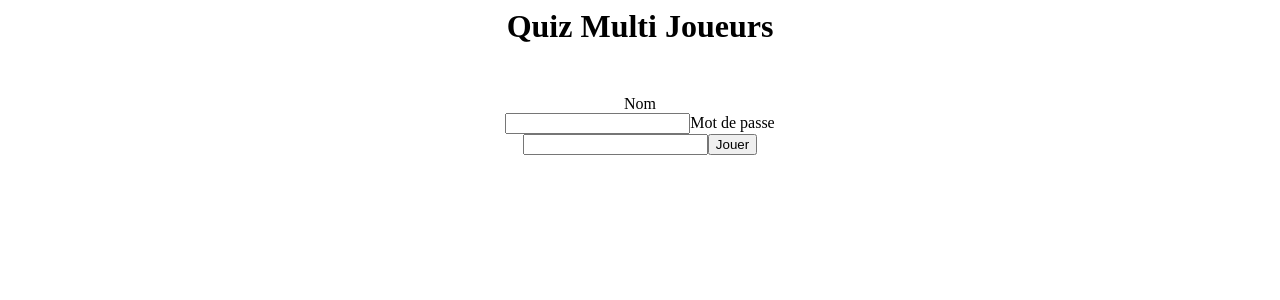
Repository: Serge-D/jeu_mj
Page: http://localhost/
An editor plug-in stored every save of this project. The page is shown before and after a run of saves, followed by the edit.
The browser window is 1280 px wide. The pictures show the whole page.
The page is served by the project's Node server (server.js).

Above is the page before, as saved 2020-02-06 13:59:30.

### views/home.pug
include includes/head.pug




form#formulaire(action='' method='get')
    label(for='name') Nom
    br
    input#nameJ1(type='text' name='name')
    label(for='mdp') Mot de passe
    br
    input#mdp(type='password' name= 'mdp')
    input(type='submit' value='Jouer')

### views/includes/head.pug
doctype html
head
  meta(charset='UTF-8')
  link(rel='stylesheet' href='/css/jeu.css')
  title Quiz Multi joueurs
header
  h1 Quiz Multi Joueurs

### server.js
"use strict";

const express = require("express");
const session = require("express-session");
const cookieParser = require("cookie-parser");
const MongoClient = require("mongodb").MongoClient;
const app = express();

app.set("view engine", "pug");
app.use(express.static(__dirname+"/src"));


app.get("/", function(req, res){
    res.render("home");
})

app.get("/jeu", function(req, res){
    res.render("jeu");
})







app.listen(8080, function(){
    console.log("Serveur Démarré");
});

### src/css/jeu.css
/* header */

h1 {
    color: black;
    text-align: center;
    margin-block-start: 0;
}


ul {
    display: flex;
    flex-direction: row;
    justify-content: space-around;
    list-style-type: none;

}

a{
    text-decoration: none;
    font-size: 25px;
    font-family: 'Comic Sans MS',serif;
    color: black;
}

/* section */

#formulaire {
    text-align: center;
    margin-top: 50px;
}


#fenetreDeJeu {
    font-family: 'Comic Sans MS',serif;
    margin-left: auto;
    margin-right: auto;
    margin-top: 90px;
    width: 1200px;
    border: 2px solid black;
    height: 700px;
    position: relative;
}

#numQuestion {
    width: 200px;
    height: 25px;
    border: 2px solid green;
    border-radius: 10px;
    font-size: 18px;
    margin-top: 10px;
    margin-left: auto;
    margin-right: auto;
    text-align: center;
}

#theme {
    width: 350px;
    height: 28px;
    border: 2px solid green;
    border-radius: 10px;
    font-size: 22px;
    margin-top: 10px;
    margin-left: auto;
    margin-right: auto;
    text-align: center;
}

#question {
    width: 950px;
    height: 50px;
    border: 2px solid green;
    border-radius: 10px;
    font-size: 2.1em;
    margin-top: 50px;
    margin-left: auto;
    margin-right: auto;
    text-align: center;
}


#reponseA {
    width: 500px;
    height: 60px;
    border : 2px solid greenyellow;
    border-radius: 50px;
    font-size: 40px;
    margin-top: 25px;
    margin-left: auto;
    margin-right: auto;
    text-align: center;
}

#reponseB {
    width: 500px;
    height: 60px;
    border : 2px solid greenyellow;
    border-radius: 50px;
    font-size: 40px;
    margin-top: 25px;
    margin-left: auto;
    margin-right: auto;
    text-align: center;
}

#reponseC {
    width: 500px;
    height: 60px;
    border : 2px solid greenyellow;
    border-radius: 50px;
    font-size: 40px;
    margin-top: 25px;
    margin-left: auto;
    margin-right: auto;
    text-align: center;
}

#reponseD {
    width: 500px;
    height: 60px;
    border : 2px solid greenyellow;
    border-radius: 50px;
    font-size: 40px;
    margin-top: 25px;
    margin-left: auto;
    margin-right: auto;
    text-align: center;
}

#anecdote {
    width: 1100px;
    height: 50px;
    border: 2px solid blue;
    border-radius: 10px;
    margin-right: auto;
    margin-left: auto;
    margin-top: 40px;
}

After the next 2 saves:
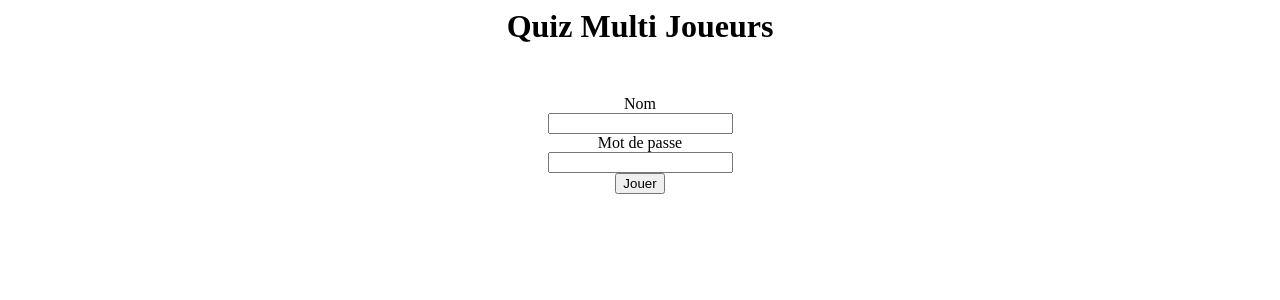
The 2 saves are shown as one change because they came seconds apart.
The last was saved 16 s later.
--- a/views/home.pug
+++ b/views/home.pug
@@ -7,7 +7,9 @@ form#formulaire(action='' method='get')
     label(for='name') Nom
     br
     input#nameJ1(type='text' name='name')
+    br
     label(for='mdp') Mot de passe
     br
     input#mdp(type='password' name= 'mdp')
+    br
     input(type='submit' value='Jouer')
